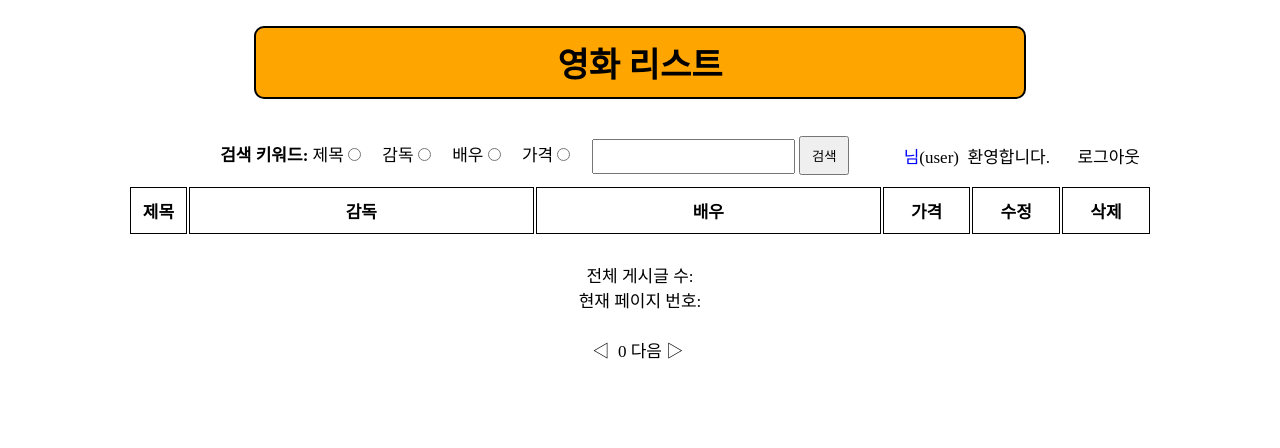
Repository: EverythingOfC/movie
Page: http://localhost/movie/movie/list.jsp
An editor plug-in stored every save of this project. The page is shown before and after the next save, followed by the edit.
The browser window is 1280 px wide. The pictures show the whole page.
The page is served by Tomcat 9. Nobody is signed in. The application's start-up code is not run. Other server files are loaded and not shown. The template is opened directly, without the code that normally fills it, so the values that code supplies are empty.

Above is the page before, as saved 2023-01-03 10:04:06.

### movie/src/main/webapp/movie/list.jsp
<%@ page language="java" contentType="text/html; charset=UTF-8"
	pageEncoding="UTF-8"%>
<%@ taglib prefix="c" uri="http://java.sun.com/jsp/jstl/core"%>
<!DOCTYPE html>
<html>
<head>
<meta charset="UTF-8">
<title>Insert title here</title>
<link rel="stylesheet" type="text/css" href="../css/movie.css">
</head>
<body>

	<div class="title">
		<h1>영화 리스트</h1>
	</div>

	<div class="main">
		<table>

			<tr>
				<td style="border:0;"></td>
				<td colspan="2" style="border:0; text-align:center;">
				<form action="ms?command=list" method="get">

				<b>검색 키워드:</b>

				<label for="title">제목</label>
				<input type="radio" name="column" value="title" id="title">&emsp;

				<label for="director">감독</label>
				<input type="radio" name="column" value="director" id="director">&emsp;

				<label for="actor">배우</label>
				<input type="radio" name="column" value="actor" id="actor">&emsp;

				<label for="price">가격</label>
				<input type="radio" name="column" value="price" id ="price">&emsp;

				<input type="text" name="search" style="padding:8px 11px;">
				<input type="submit" value="검색" style="padding:8px 11px;">

				</form>
				</td>

				<td colspan="2" style="border:0; text-align:right;">
				<c:choose>
					<c:when test="${member.auth eq '1' }">
					<span style="color:red">${member.name}님</span>(admin)
					</c:when>
					<c:otherwise>
					<span style="color:blue">${member.name}님</span>(user)
					</c:otherwise>
				</c:choose>&nbsp;환영합니다.
				</td>
				<td style="border: 0; text-align: right; margin-top: 2vw;">

					<c:if test="${member.auth eq '1' }"><!-- 관리자인 경우에만 -->
					<a href="ms?command=insertForm">영화등록</a>&nbsp;&nbsp;
					</c:if>
					<a href="ms?command=loginForm">로그아웃</a>
				</td>
			</tr>

			<tr>
				<th>제목</th>
				<th>감독</th>
				<th>배우</th>
				<th>가격</th>
				<th>수정</th>
				<th>삭제</th>
			</tr>

			<c:forEach var="movie" items="${movies }">
				<tr>
					<td><a style="color:red;" href="ms?command=view&code=${movie.code}">${movie.title }</a></td>
					<td>${movie.director }</td>
					<td>${movie.actor }</td>
					<td>${movie.price }</td>


					<c:choose>
						<c:when test="${member.auth eq '1' }">	<!-- 관리자인 경우 -->
							<td><a href="ms?command=updateForm&code=${movie.code}">정보
									수정</a></td>
							<td><a href="ms?command=delete&code=${movie.code }">정보
									삭제</a></td>
						</c:when>
						<c:otherwise>
							<td>사용자는 수정불가</td>
							<td>사용자는 삭제불가</td>
						</c:otherwise>

					</c:choose>

				</tr>
			</c:forEach>
		</table>
	</div>

	<div class="page">

		<c:set var="page" value="${paging.getCurrentPage() }"/> <!--  현재 페이지 -->
		<c:set var="beginPage" value="${paging.getBeginPage() }"/>
		<c:set var="endPage" value="${paging.getEndPage() }"/>
		<c:set var="totalPage" value="${paging.getTotalPage() }"/>
		<c:set var="url" value="${url }"/>
		<c:set var="displayPage" value="${paging.getDisplayPage() }"/>


		<p>전체 게시글 수: <span style="color:red">${paging.getTotalCount() }</span></p>
		<p>현재 페이지 번호: <span style="color:red">${page }</span></p>
	</div>


	<div class="pagination">


	<!--  처음으로  -->
	<c:if test="${page == 1}">
		<span> ◁&nbsp; </span>
	</c:if>

	<c:if test="${page != 1 }">
		<a href="${url}&page=1">
		<span> ◁&nbsp; </span>
		</a>
	</c:if>

	<!--  이전으로 -->
		<c:if test="${ page<=1 }">
				<span>이전</span>
		</c:if>
		<c:if test="${ page>1 }">
			<a href="${url }&page=${page-1}">이전</a>
		</c:if>

		<!--  넘버링 부분 -->
		<c:forEach var="item" varStatus = "status" begin="${beginPage }" end="${endPage }" step = "1">

		<c:if test="${page == item }">	<!--  현재 페이지는 클릭 못함 -->
			<span style="font-size:16px; color:red">${item }</span>
		</c:if>

		<c:if test="${page != item }">  <!--  현재 페이지가 아니면 클릭 가능 -->
			<a href="${url }&page=${item}">${item }</a>
		</c:if>

		</c:forEach>


		<!--  다음으로 -->
		<c:if test="${ page>=totalPage }">
				<span>다음</span>
		</c:if>
		<c:if test="${ page<totalPage }">
			<a href="${url }&page=${page+1}">다음</a>
		</c:if>

	<!-- 마지막으로  -->
	<c:if test="${page == totalPage }">
		<span> ▷&nbsp; </span>
	</c:if>
	<c:if test="${page != totalPage }">
		<a href="${url}&page=${totalPage}">
		<span> ▷&nbsp; </span>
		</a>
	</c:if>
	</div>
</body>
</html>

### movie/src/main/webapp/css/movie.css
@charset "UTF-8";

*{
	margin: 0 auto;
}
body{
	font-size:17px;
}
img{
	border:0;
}
a{
	text-decoration:none;
	color:black;
}
a:hover{
	font-weight:bold;
}
li{
	list-style: none;
}

.title{
	margin:2vw auto;
	text-align:center;
	border:2px solid black;
	border-radius:10px;
	background:orange;
	width:60%;
	padding:10px 0;
}
.main table{
	width:80%;
}
.main td,.main th{
	padding:10px;
	border:1px solid black;
	border-collapse: collapse;
}

.insert table td{
	text-align:center;
}
.insert table td input, .i_button input, .insert table td img{
	padding:8px 15px;
	font-weight:bold;
	font-size:14px;
}
.insert table{
	width:50%;
	font-size:17px;
}
.insert td,.insert th{
	padding:8px;
	border:1px solid black;
	border-collapse: collapse;
}
.i_button{
	margin-top:1vw;
	width:50%;
	text-align:center;
}


.login table td{
	text-align:center;
}
.login table td input, .l_button input{
	padding:11px 15px;
	font-weight:bold;
	font-size:14px;
}
.login table{
	width:50%;
	font-size:17px;
}
.login td,.login th{
	padding:8px;
	border:1px solid black;
	border-collapse: collapse;
}
.l_button{
	margin-top:2vw;
	width:50%;
	text-align:center;
}



.sign table td{
	text-align:center;
}

.sign table td label{
	display:inline-block;
	padding:8px 15px;
	font-size:14px;
 }
.sign table td input, .s_button input{
	padding:8px 15px;
	font-weight:bold;
	font-size:14px;
}
.sign table{
	width:50%;
	font-size:17px;
}
.sign td,.sign th{
	padding:8px;
	border:1px solid black;
	border-collapse: collapse;
}
.s_button{
	margin-top:2vw;
	width:50%;
	text-align:center;
}


.update table td{
	text-align:center;
}
.update table td input, .u_button input, .update table td img{
	padding:8px 15px;
	font-weight:bold;
	font-size:14px;
}
.update table{
	width:50%;
	font-size:17px;
}
.update td,.update th{
	padding:8px;
	border:1px solid black;
	border-collapse: collapse;
}
.u_button{
	margin-top:1vw;
	width:50%;
	text-align:center;
}


.view table td{
	text-align:center;
}
.view table td input, .v_button input, .view table td img{
	padding:8px 15px;
	font-weight:bold;
	font-size:14px;
}
.view table{
	width:50%;
	font-size:17px;
}
.view td,.view th{
	padding:8px;
	border:1px solid black;
	border-collapse: collapse;
}
.v_button{
	margin-top:1vw;
	width:50%;
	text-align:center;
}

.page,.pagination{
	width:70%;
	margin-top:2vw;
	text-align:center;
}
.pagination{
	margin-top:2vw;
}

After the next save:
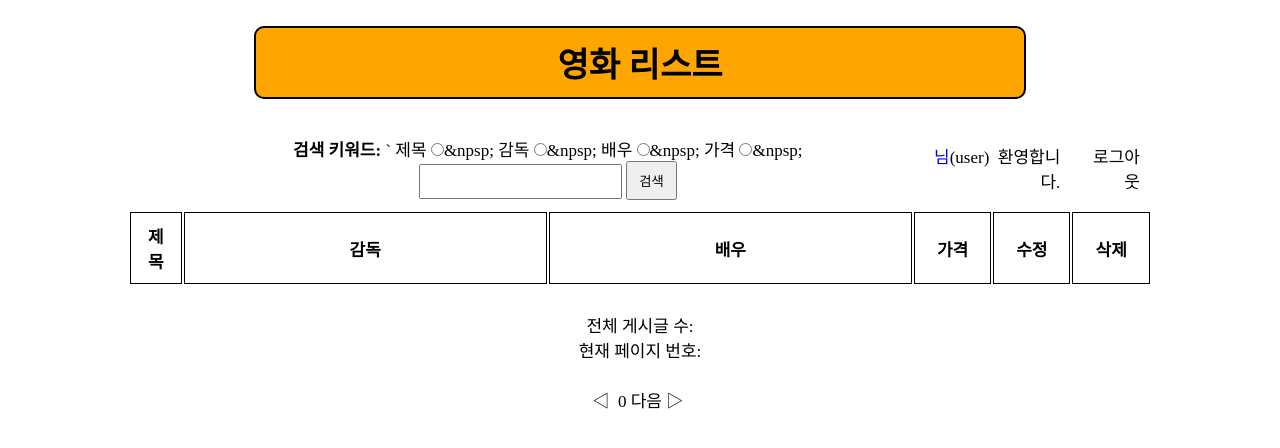
Saved 20 s later.
--- a/movie/src/main/webapp/movie/list.jsp
+++ b/movie/src/main/webapp/movie/list.jsp
@@ -23,18 +23,18 @@
 				<form action="ms?command=list" method="get">
 
 				<b>검색 키워드:</b>
-
+				`
 				<label for="title">제목</label>
-				<input type="radio" name="column" value="title" id="title">&emsp;
+				<input type="radio" name="column" value="title" id="title">&npsp;
 
 				<label for="director">감독</label>
-				<input type="radio" name="column" value="director" id="director">&emsp;
+				<input type="radio" name="column" value="director" id="director">&npsp;
 
 				<label for="actor">배우</label>
-				<input type="radio" name="column" value="actor" id="actor">&emsp;
+				<input type="radio" name="column" value="actor" id="actor">&npsp;
 
 				<label for="price">가격</label>
-				<input type="radio" name="column" value="price" id ="price">&emsp;
+				<input type="radio" name="column" value="price" id ="price">&npsp;
 
 				<input type="text" name="search" style="padding:8px 11px;">
 				<input type="submit" value="검색" style="padding:8px 11px;">
